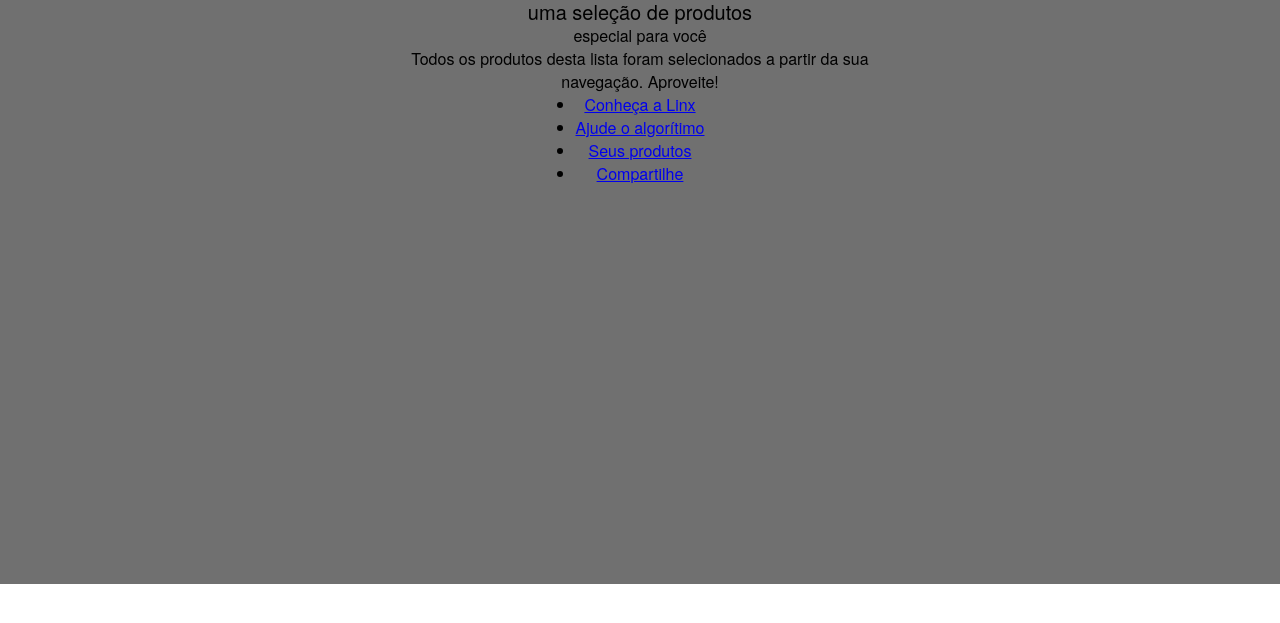
Repository: danielpellicano/front-end-developer-test-linx-2020
Page: index.html
These files come from the project's save history. The page is drawn as it stood at one moment and after the next save; the edit follows.
The browser window is 1280 px wide. The pictures show the whole page.
Some web fonts or font styles are not loaded; a fallback is used.

Above is the page before, as saved 2020-09-01 12:09:50.

### index.html
<!DOCTYPE html>
<html lang="en">

<head>
    <meta charset="UTF-8">
    <meta name="viewport" content="width=device-width, initial-scale=1.0">
    <title>Linx Test Front End</title>
    <link rel="stylesheet" href="css/style.css">
    <link rel="stylesheet" href="css/responsive.css">
    <link rel="stylesheet" href="js/script.js">

</head>

<body>

    <!-- Header -->
    <header id="header">
        <div class="container">
            <h1>uma seleção de produtos</h1>
            <h2>especial para você</h2>
            <p>Todos os produtos desta lista foram selecionados a partir da sua navegação. Aproveite!</p>
            <!-- Main Menu -->
            <nav>
                <ul>
                    <li><a href="#">Conheça a Linx</a></li>
                    <li><a href="#">Ajude o algorítimo</a></li>
                    <li><a href="#">Seus produtos</a></li>
                    <li><a href="#">Compartilhe</a></li>
                </ul>
            </nav>
            <!-- .Main Menu -->
        </div>
    </header>
    <!-- .Header -->

</body>

</html>

### css/style.css
/* Import Fonts */

@font-face {
    font-family: 'Helvetica Neue';
    src: url('../fonts/HelveticaNeue.eot');
    src: url('../fonts/HelveticaNeue.eot?#iefix') format('embedded-opentype'), url('../fonts/HelveticaNeue.woff2') format('woff2'), url('../fonts/HelveticaNeue.woff') format('woff'), url('../fonts/HelveticaNeue.ttf') format('truetype');
    font-weight: normal;
    font-style: normal;
}

@font-face {
    font-family: 'Helvetica Neue Bold';
    src: url('../fonts/HelveticaNeue-Bold.eot');
    src: url('../fonts/HelveticaNeue-Bold.eot?#iefix') format('embedded-opentype'), url('../fonts/HelveticaNeue-Bold.woff2') format('woff2'), url('../fonts/HelveticaNeue-Bold.woff') format('woff'), url('../fonts/HelveticaNeue-Bold.ttf') format('truetype');
    font-weight: bold;
    font-style: normal;
}


/* css Reset */

html,
body,
div,
span,
iframe,
h1,
h2,
h3,
h4,
h5,
h6,
p,
blockquote,
pre,
a,
img,
strong,
b,
u,
i,
ul,
li,
fieldset,
form,
label,
legend,
table,
caption,
tbody,
tfoot,
thead,
tr,
th,
td,
article,
aside,
canvas,
details,
embed,
figure,
figcaption,
footer,
header,
hgroup,
menu,
nav,
output,
ruby,
section,
summary,
time,
mark,
audio,
video {
    margin: 0;
    padding: 0;
    border: 0;
    font-size: 100%;
    font: inherit;
    vertical-align: baseline;
}


/* CSS General */

body {
    font-family: 'Helvetica Neue';
}

.container {
    width: 100%;
    padding-right: 15px;
    padding-left: 15px;
    margin-right: auto;
    margin-left: auto;
}


/* Header */

#header {
    position: relative;
    max-height: 399px;
    background: #707070;
}

#header:after {
    content: '';
    background: #707070;
    width: 100%;
    height: 100%;
    position: absolute;
    height: 399px;
}

#header .container {
    display: flex;
    flex-direction: column;
    align-items: center;
    justify-content: center;
    height: 100%;
    text-align: center;
}

#header h1 {
    font-size: 20px;
    line-height: 24px;
    margin-bottom: 0;
}

### css/responsive.css
@media (min-width: 1200px) {
    .container {
        max-width: 1140px;
    }
}

@media (min-width: 992px) {
    .container {
        max-width: 960px;
    }
}

@media (min-width: 768px) {
    .container {
        max-width: 720px;
    }
}

@media (min-width: 576px) {
    .container {
        max-width: 540px;
    }
}

Loaded but not shown: js/script.js (no stored copy; drawn as an empty file)

After the next save:
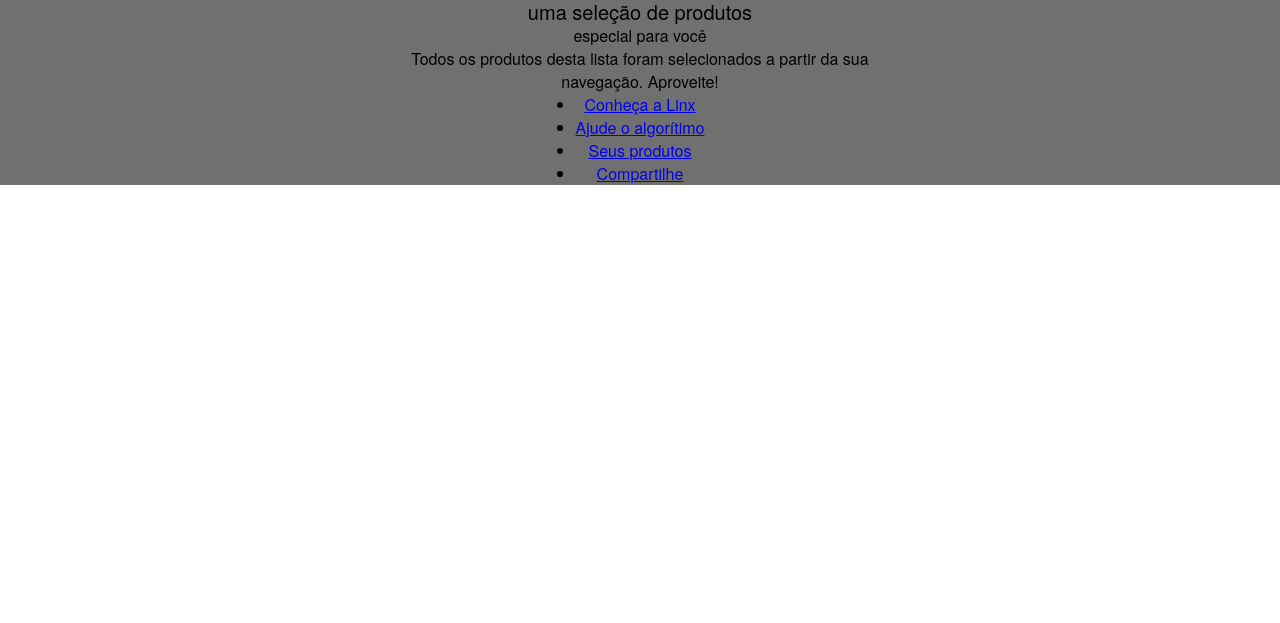
Saved 22 s later.
--- a/css/style.css
+++ b/css/style.css
@@ -105,14 +105,15 @@ body {
     background: #707070;
 }
 
-#header:after {
+
+/*#header:after {
     content: '';
     background: #707070;
     width: 100%;
     height: 100%;
     position: absolute;
     height: 399px;
-}
+}*/
 
 #header .container {
     display: flex;
